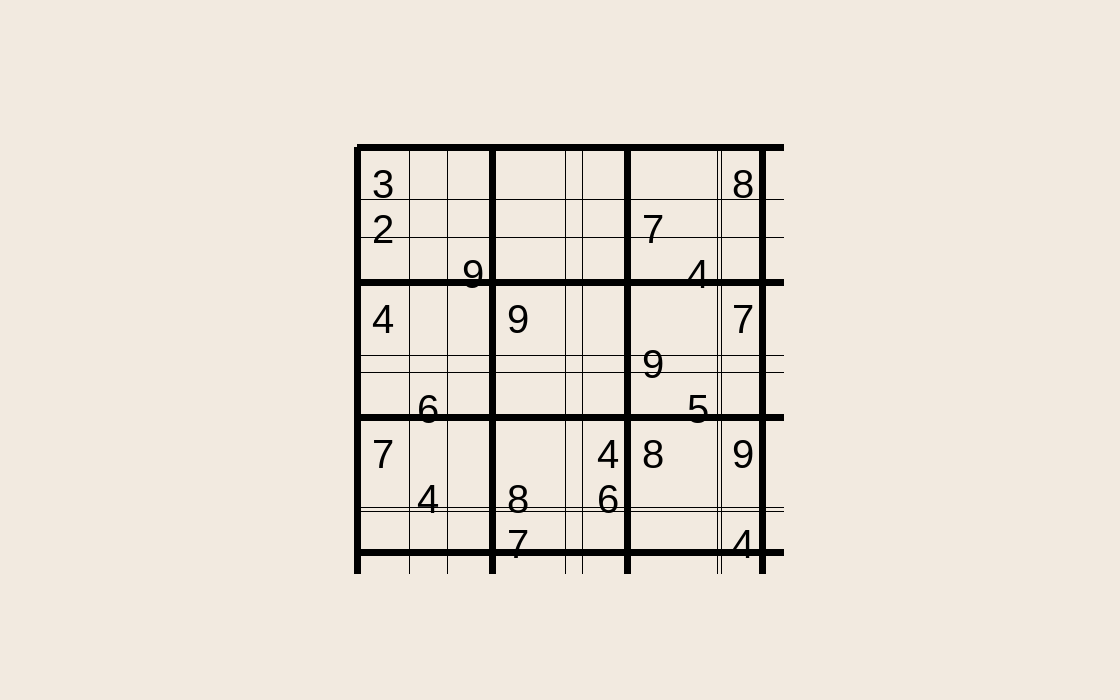
Repository: JensVL96/Puzzle-solver-for-fun
Script's output: python sudoku.py
These files come from the project's save history. The script's output is drawn as it stood at one moment and after the next save; the edit follows.
The window is shown after at most 60 frames with no key pressed. A system font it names is replaced by a similar one. Random numbers start from a fixed seed.

Above is the script's output before, as saved 2020-11-07 20:44:12.

After the next save:
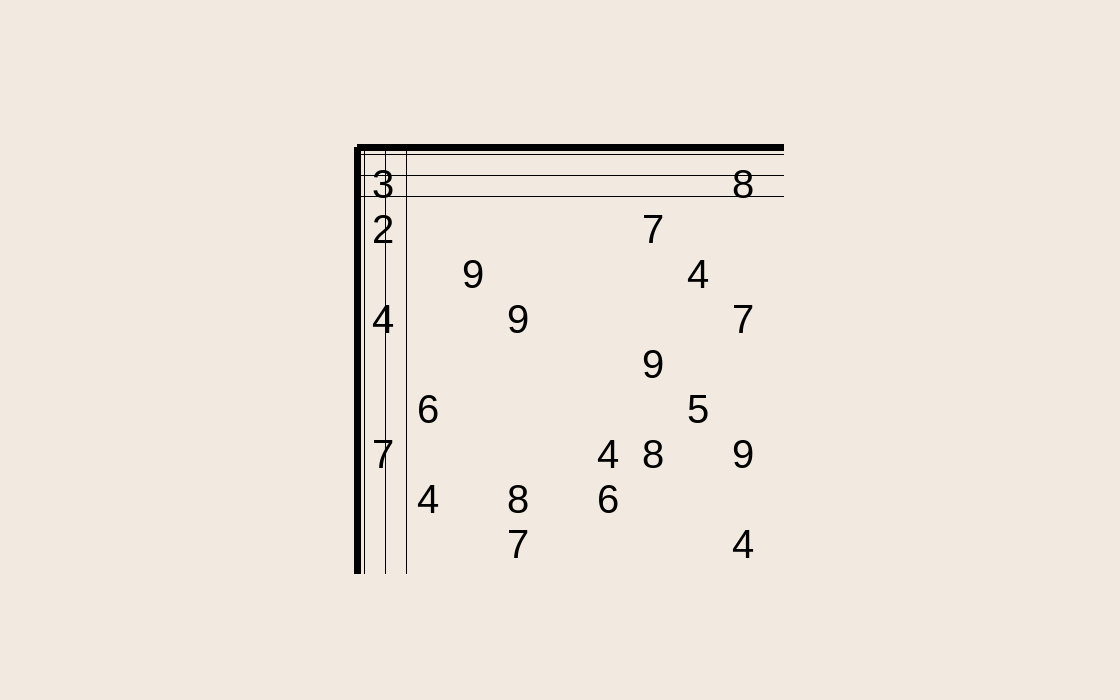
Saved 32 s later.
--- a/display_board.py
+++ b/display_board.py
@@ -41,7 +41,7 @@ class Display_board():
                 print("increasing size: ", i)
                 size +=7
             else:
-                size = BLOCK_SIZE
+                size = 0
 
             #       thick           Thick     thin    thin  thick   thin    thin  thick   thin    thin  thick
             # TOP_LX -> TOP_RX & ( TOP_LY -> BS + 7 -> BS -> BS -> BS + 7 -> BS -> BS -> BS + 7 -> BS -> BS)
